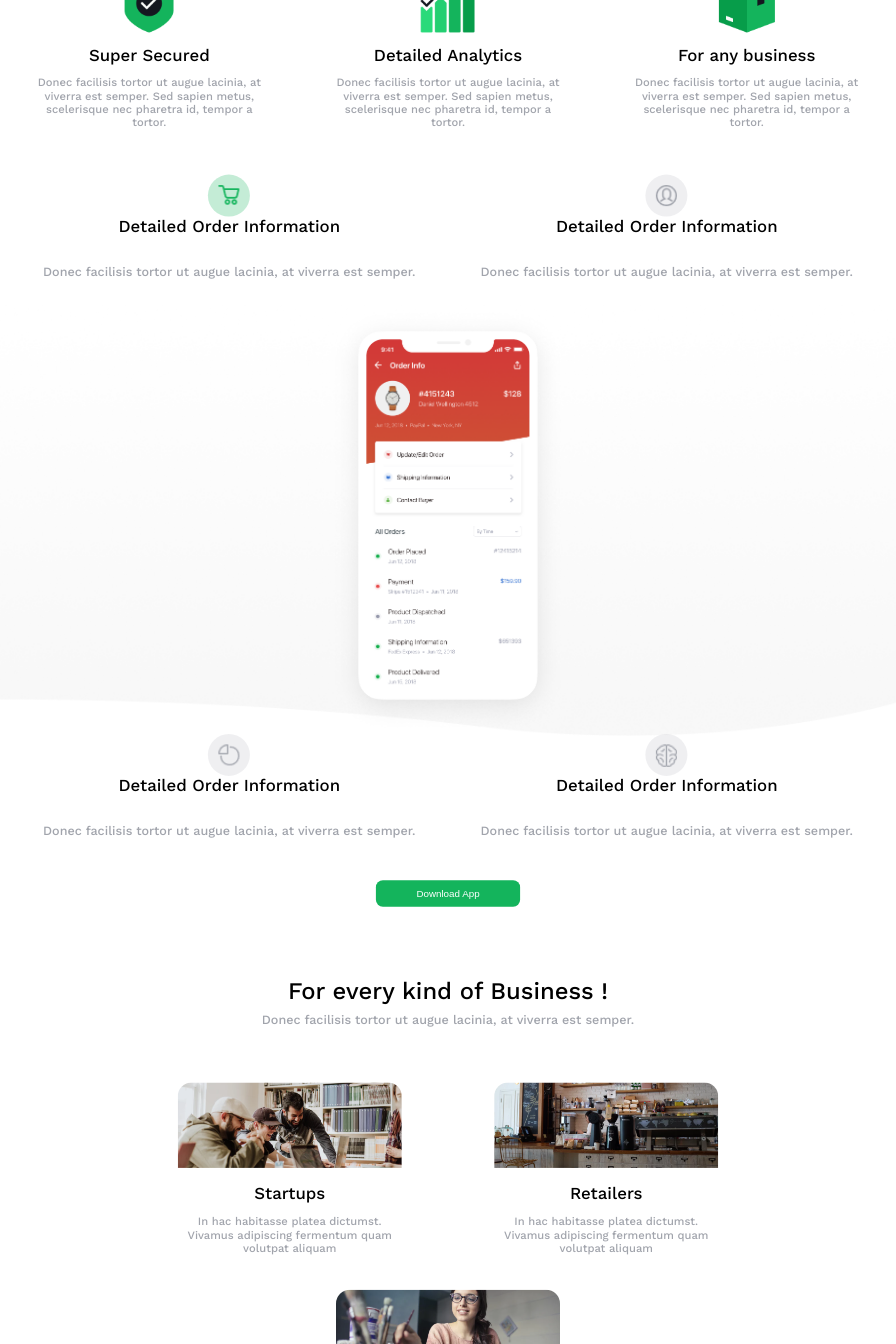
Repository: thinhnguyen347/thinhnguyen347.github.io
Page: cut-html-css/index.html
The author's editor kept a copy of each file at every save. The page is drawn from the files as they stood at one save, then again after the next save.
The browser window is 1280 px wide. The pictures show the part of the page from y = 1618 to 3538 px (the page is 5172 px tall before and 5312 px after), at 70% of full size.

Above is the page before, as saved 2021-11-10 17:19:59.

After the next save:
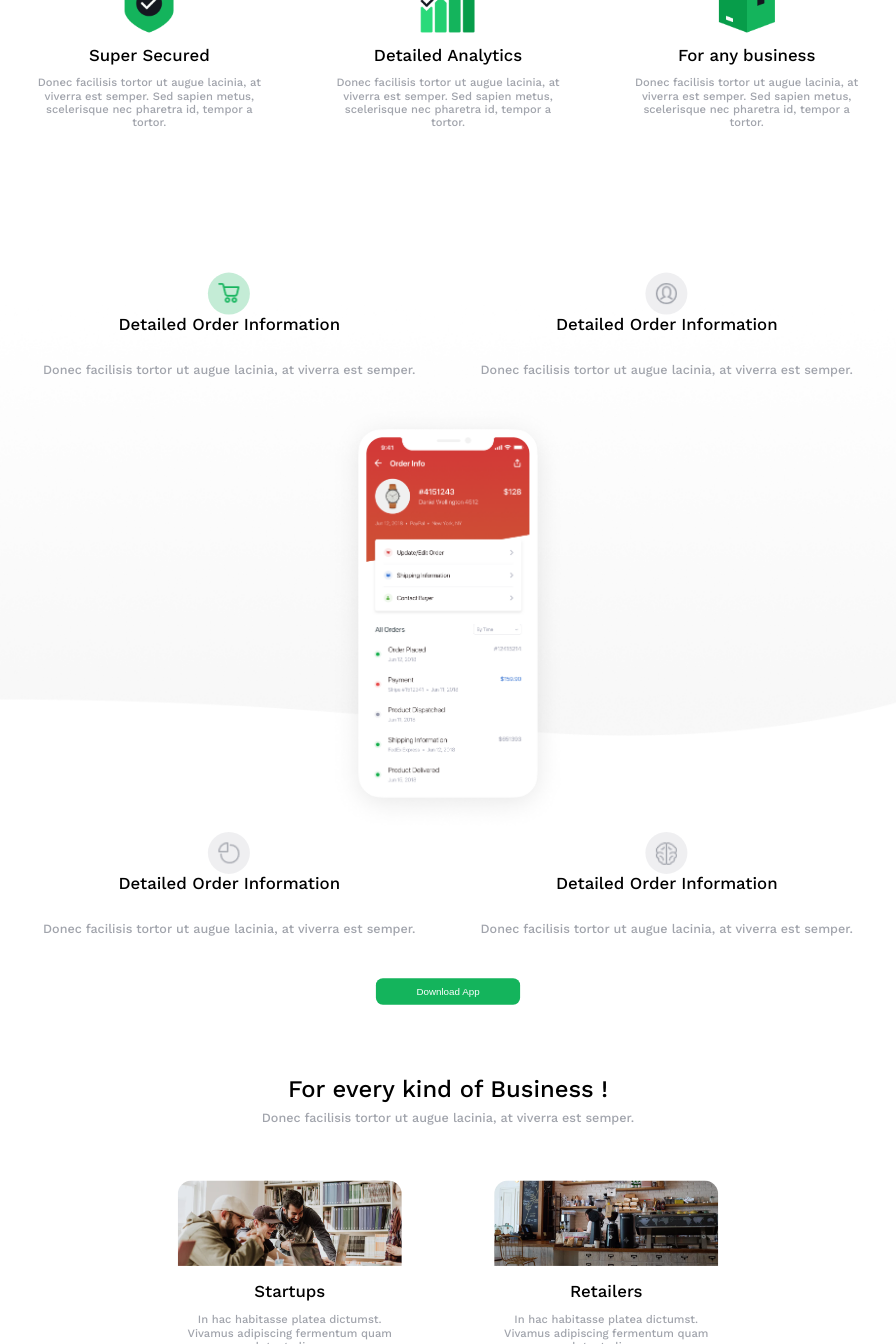
Saved 6 s later.
--- a/cut-html-css/css/style.css
+++ b/cut-html-css/css/style.css
@@ -273,7 +273,7 @@ li.menuitem:hover .drop-down {
   justify-content: space-around;
 }
 
-section2__content {
+.section2__content {
   padding-top: 140px;
   display: flex;
   flex-direction: row;
